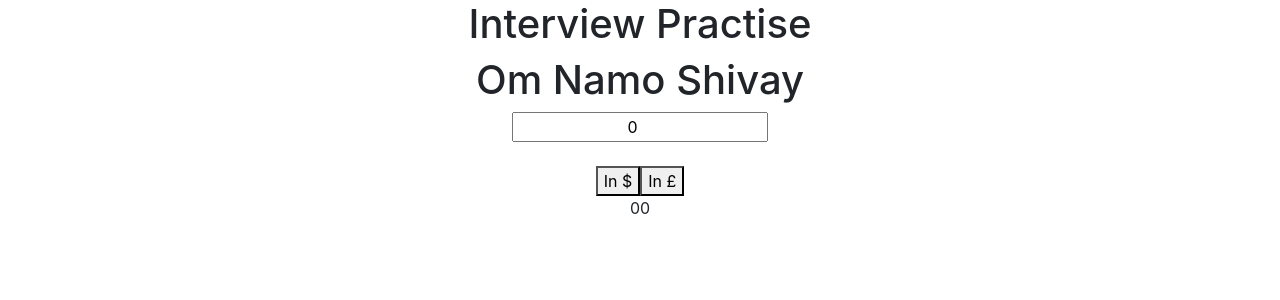
Repository: punitbathija/Machine-Round-React
Page: /
These files come from the project's save history. The page is drawn as it stood at one moment and after the next save; the edit follows.
The browser window is 1280 px wide. The pictures show the whole page.
The project was rebuilt for these pictures with package versions that can differ from the ones it lists, and the page was loaded fresh each time. Also part of the build but not shown: src/components/counter.jsx, src/components/ProgressBar.js.

Above is the page before, as saved 2023-06-01 13:20:40.

### src/index.js
import React from "react";
import ReactDOM from "react-dom/client";
import Counter from "./components/counter";
import "./index.css";
import ProgressBar from "./components/ProgressBar";
import CurrencyCoverter from "./components/CurrencyCoverter";
// import FetchApi from "./components/FetchApi";

const root = ReactDOM.createRoot(document.getElementById("root"));
root.render(
  <>
    <h1 className="text-center">Interview Practise</h1>
    {/* <Counter /> */}
    {/* <FetchApi /> */}
    {/* <ProgressBar /> */}
    <CurrencyCoverter />
  </>
);

### src/components/CurrencyCoverter.js
import React, { useState } from "react";

const CurrencyCoverter = () => {
  const [amount, setAmount] = useState(0);
  const [inDollars, setInDollars] = useState(0);
  const [inPounds, setInPounds] = useState(0);

  const convertToDollar = () => {
    setInDollars(amount * 82.5);
  };

  const convertToPounds = () => {
    setInPounds(amount * 102.4);
  };

  return (
    <div style={{ textAlign: "center" }}>
      <h1>Om Namo Shivay</h1>
      <input
        type="number"
        placeholder="enter amount"
        style={{ textAlign: "center" }}
        value={amount}
      />
      <br />
      <br />
      <button onClick={convertToDollar}>In $</button>
      <button onClick={convertToDollar}>In £</button>
      <br />
      {inDollars && <p>${inDollars}</p>}
      {inPounds && <p>{inPounds}</p>}
    </div>
  );
};

export default CurrencyCoverter;

Loaded but not shown: public/index.html (common file); src/index.css (common file)

After the next save:
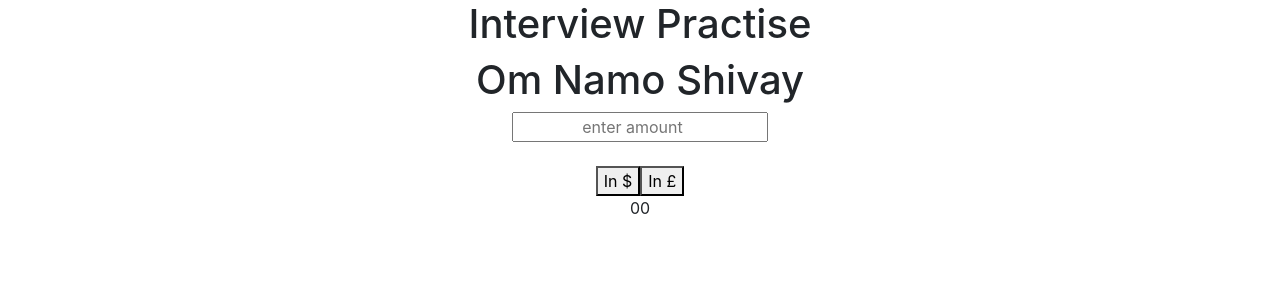
Saved 19 s later.
--- a/src/components/CurrencyCoverter.js
+++ b/src/components/CurrencyCoverter.js
@@ -1,7 +1,7 @@
 import React, { useState } from "react";
 
 const CurrencyCoverter = () => {
-  const [amount, setAmount] = useState(0);
+  const [amount, setAmount] = useState();
   const [inDollars, setInDollars] = useState(0);
   const [inPounds, setInPounds] = useState(0);
 

After the save that followed:
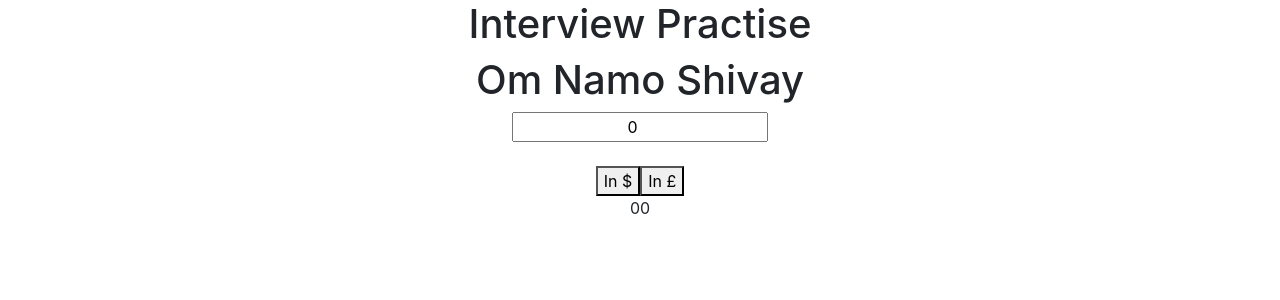
Saved 11 s later.
--- a/src/components/CurrencyCoverter.js
+++ b/src/components/CurrencyCoverter.js
@@ -1,7 +1,7 @@
 import React, { useState } from "react";
 
 const CurrencyCoverter = () => {
-  const [amount, setAmount] = useState();
+  const [amount, setAmount] = useState(0);
   const [inDollars, setInDollars] = useState(0);
   const [inPounds, setInPounds] = useState(0);
 
